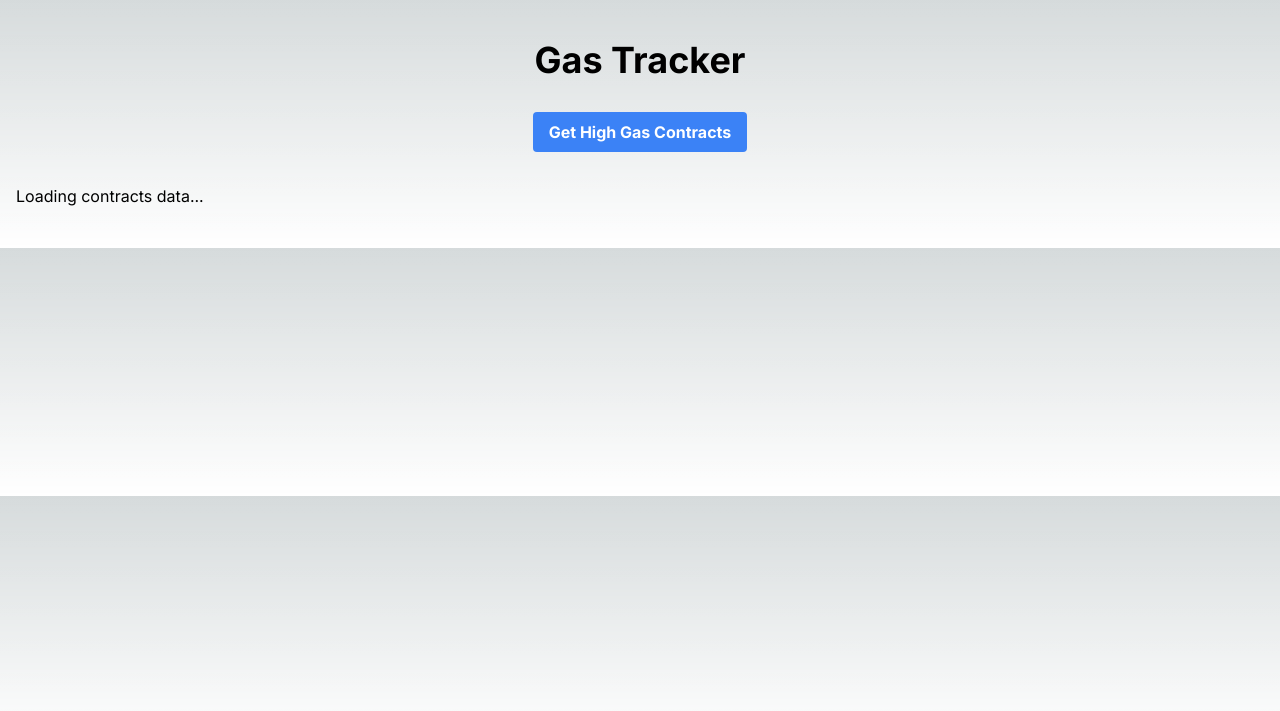
Repository: a7351220/ethereum-gas-tracker
Page: /
The author's editor kept a copy of each file at every save. The page is drawn from the files as they stood at one save, then again after the next save.
The browser window is 1280 px wide. The pictures show the whole page.
The project was rebuilt for these pictures with package versions that can differ from the ones it lists, and the page was loaded fresh each time. The framework's server and built-in components were replaced by stand-ins that run in the browser. Also part of the build but not shown: next.config.mjs, src/components/ContractAnalysis/index.tsx.

Above is the page before, as saved 2024-07-03 16:36:42.

### src/app/page.tsx
'use client'

import { useState } from 'react'
import ContractList from '@/components/ContractList'
import ContractAnalysis from '@/components/ContractAnalysis'
import { Contract } from '@/types'

export default function Home() {
  const [contracts, setContracts] = useState<Contract[] | null>(null);
  const [selectedContract, setSelectedContract] = useState<Contract | null>(null);
  const [isLoading, setIsLoading] = useState(false);

  const fetchHighGasContracts = async () => {
    setIsLoading(true);
    try {
      const response = await fetch('/api/getHighGasContracts');
      const data = await response.json();
      console.log('Received data from API:', data);  // 添加日志
      setContracts(data);
    } catch (error) {
      console.error('Error fetching high gas contracts:', error);
    }
    setIsLoading(false);
  };

  return (
    <main className="container mx-auto py-10 px-4">
      <h1 className="text-4xl font-bold text-center mb-8">Gas Tracker</h1>
      <div className="text-center mb-8">
        <button
          className="bg-blue-500 hover:bg-blue-700 text-white font-bold py-2 px-4 rounded"
          onClick={fetchHighGasContracts}
          disabled={isLoading}
        >
          {isLoading ? 'Loading...' : 'Get High Gas Contracts'}
        </button>
      </div>
      <ContractList
        contracts={contracts}
        onSelectContract={setSelectedContract}
      />
      {selectedContract && (
        <ContractAnalysis contract={selectedContract} />
      )}
    </main>
  )
}

### src/components/ContractList/index.tsx
import React from 'react';
import { Contract } from '@/types';

interface ContractListProps {
  contracts: Contract[] | null | any;  // 添加 'any' 以处理未知的数据结构
  onSelectContract: (contract: Contract) => void;
}

const ContractList: React.FC<ContractListProps> = ({ contracts, onSelectContract }) => {
  if (contracts === null) {
    return <div>Loading contracts data...</div>;
  }

  if (!Array.isArray(contracts)) {
    console.error('Received non-array contracts data:', contracts);
    return <div>Error: Invalid data format received for contracts.</div>;
  }

  if (contracts.length === 0) {
    return <div>No high gas contracts found.</div>;
  }

  return (
    <div className="mb-8">
      <h2 className="text-2xl font-bold mb-4">High Gas Consuming Contracts</h2>
      <table className="min-w-full bg-white">
        <thead className="bg-gray-100">
          <tr>
            <th className="px-4 py-2">Contract Name</th>
            <th className="px-4 py-2">Address</th>
            <th className="px-4 py-2">Total Gas Used</th>
            <th className="px-4 py-2">Transaction Count</th>
            <th className="px-4 py-2">Average Gas Used</th>
          </tr>
        </thead>
        <tbody>
          {contracts.map((contract: Contract) => (
            <tr
              key={contract.address}
              className="border-b cursor-pointer hover:bg-gray-50"
              onClick={() => onSelectContract(contract)}
            >
              <td className="px-4 py-2">{contract.name || 'N/A'}</td>
              <td className="px-4 py-2">{contract.address}</td>
              <td className="px-4 py-2">{contract.totalGasUsed?.toLocaleString() || 'N/A'}</td>
              <td className="px-4 py-2">{contract.transactionCount?.toLocaleString() || 'N/A'}</td>
              <td className="px-4 py-2">
                {contract.averageGasUsed
                  ? Math.round(contract.averageGasUsed).toLocaleString()
                  : 'N/A'}
              </td>
            </tr>
          ))}
        </tbody>
      </table>
    </div>
  );
};

export default ContractList;

Loaded but not shown: src/app/layout.tsx (common file); src/app/globals.css (common file); tailwind.config.ts (common file)

After the next save:
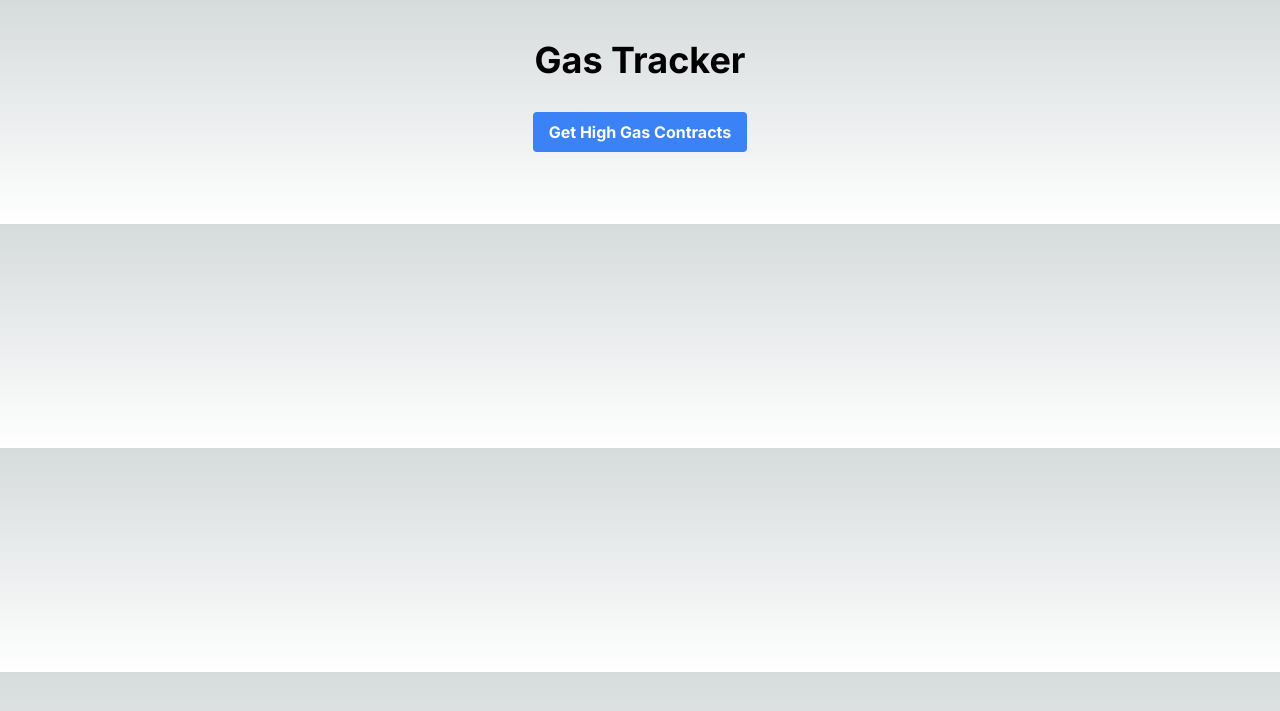
Saved 105 s later.
--- a/src/app/page.tsx
+++ b/src/app/page.tsx
@@ -9,16 +9,23 @@ export default function Home() {
   const [contracts, setContracts] = useState<Contract[] | null>(null);
   const [selectedContract, setSelectedContract] = useState<Contract | null>(null);
   const [isLoading, setIsLoading] = useState(false);
+  const [error, setError] = useState<string | null>(null);
 
   const fetchHighGasContracts = async () => {
     setIsLoading(true);
+    setError(null);
     try {
       const response = await fetch('/api/getHighGasContracts');
       const data = await response.json();
-      console.log('Received data from API:', data);  // 添加日志
-      setContracts(data);
+      console.log('Received data from API:', data);
+      if (data.error) {
+        setError(`${data.error}: ${data.details}`);
+      } else {
+        setContracts(data);
+      }
     } catch (error) {
       console.error('Error fetching high gas contracts:', error);
+      setError('Failed to fetch contract data. Please try again.');
     }
     setIsLoading(false);
   };
@@ -35,10 +42,18 @@ export default function Home() {
           {isLoading ? 'Loading...' : 'Get High Gas Contracts'}
         </button>
       </div>
-      <ContractList
-        contracts={contracts}
-        onSelectContract={setSelectedContract}
-      />
+      {error && (
+        <div className="bg-red-100 border border-red-400 text-red-700 px-4 py-3 rounded relative mb-4" role="alert">
+          <strong className="font-bold">Error: </strong>
+          <span className="block sm:inline">{error}</span>
+        </div>
+      )}
+      {contracts && (
+        <ContractList
+          contracts={contracts}
+          onSelectContract={setSelectedContract}
+        />
+      )}
       {selectedContract && (
         <ContractAnalysis contract={selectedContract} />
       )}
